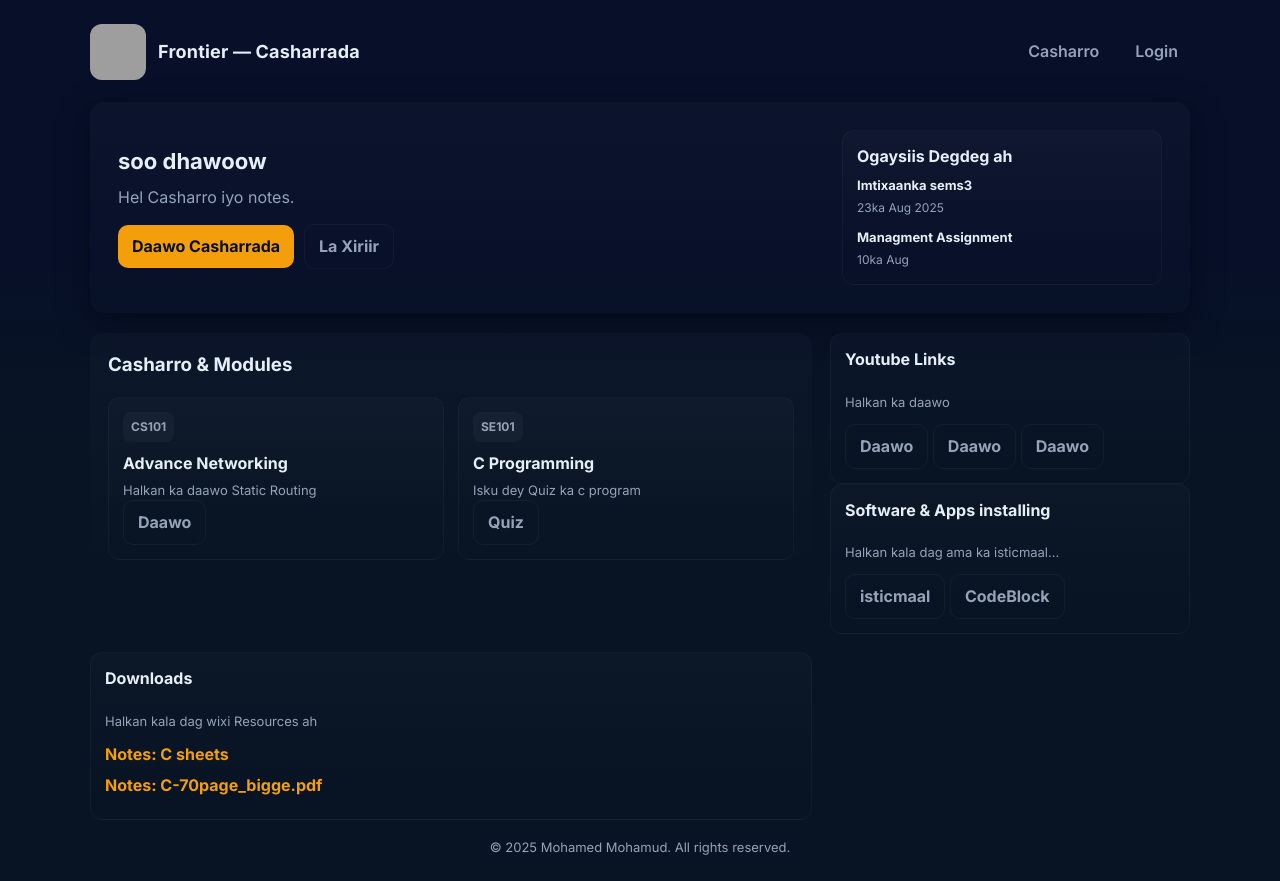
Repository: mrfiiqane/Al-Tacaawun.com
Page: index.html
These files come from the project's save history. The page is drawn as it stood at one moment and after the next save; the edit follows.
The browser window is 1280 px wide. The pictures show the whole page.
Pictures or frames that could not be fetched are drawn as grey boxes.

Above is the page before, as saved 2025-08-12 08:50:02.

After the next save:
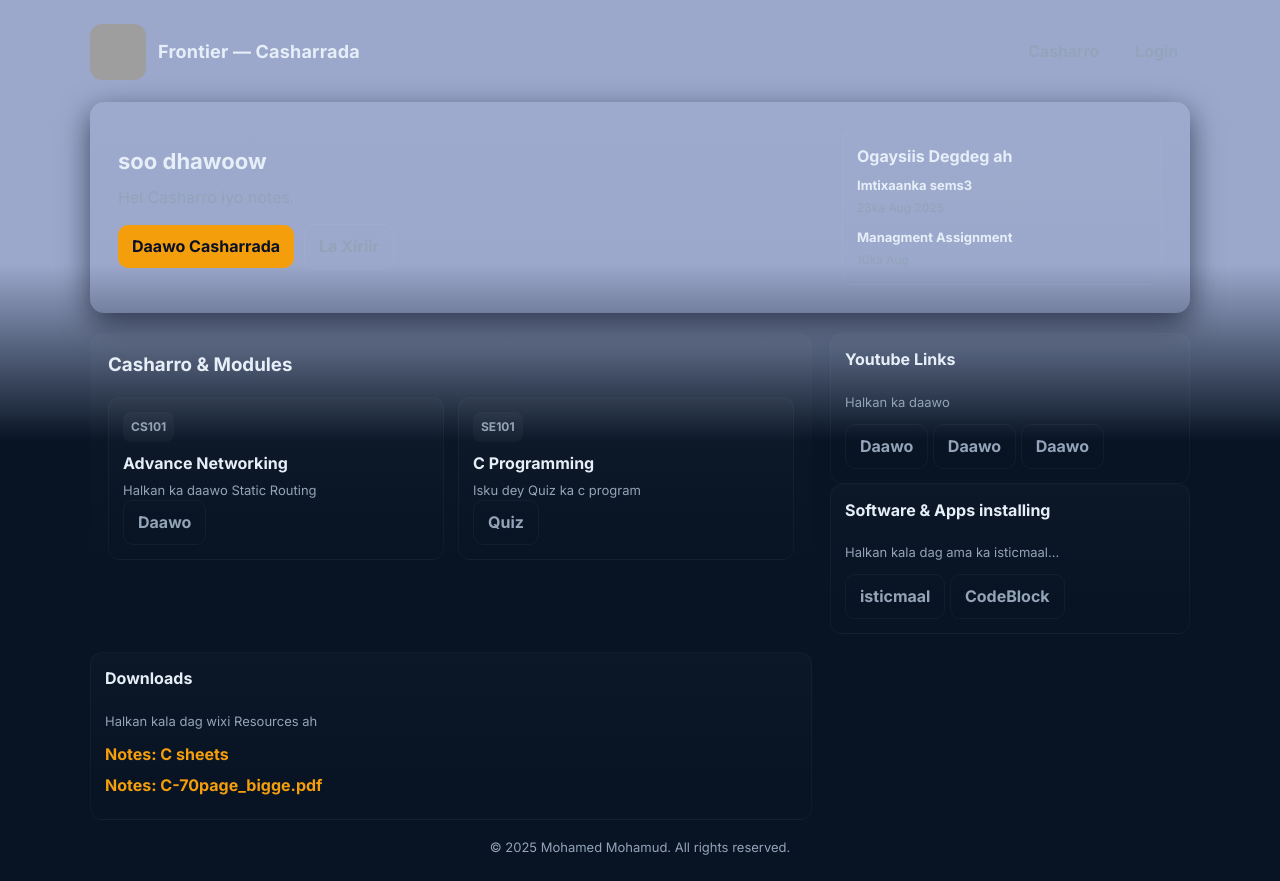
Saved 28 s later.
--- a/style.css
+++ b/style.css
@@ -15,7 +15,7 @@
     }
     body{
       margin:0;
-      background: linear-gradient(180deg,#071028 30%, #081424 50%);
+      background: linear-gradient(180deg,#9ba8cc 30%, #081424 50%);
       color:#e6eef8;
       -webkit-font-smoothing:antialiased;
       -moz-osx-font-smoothing:grayscale;

After the save that followed:
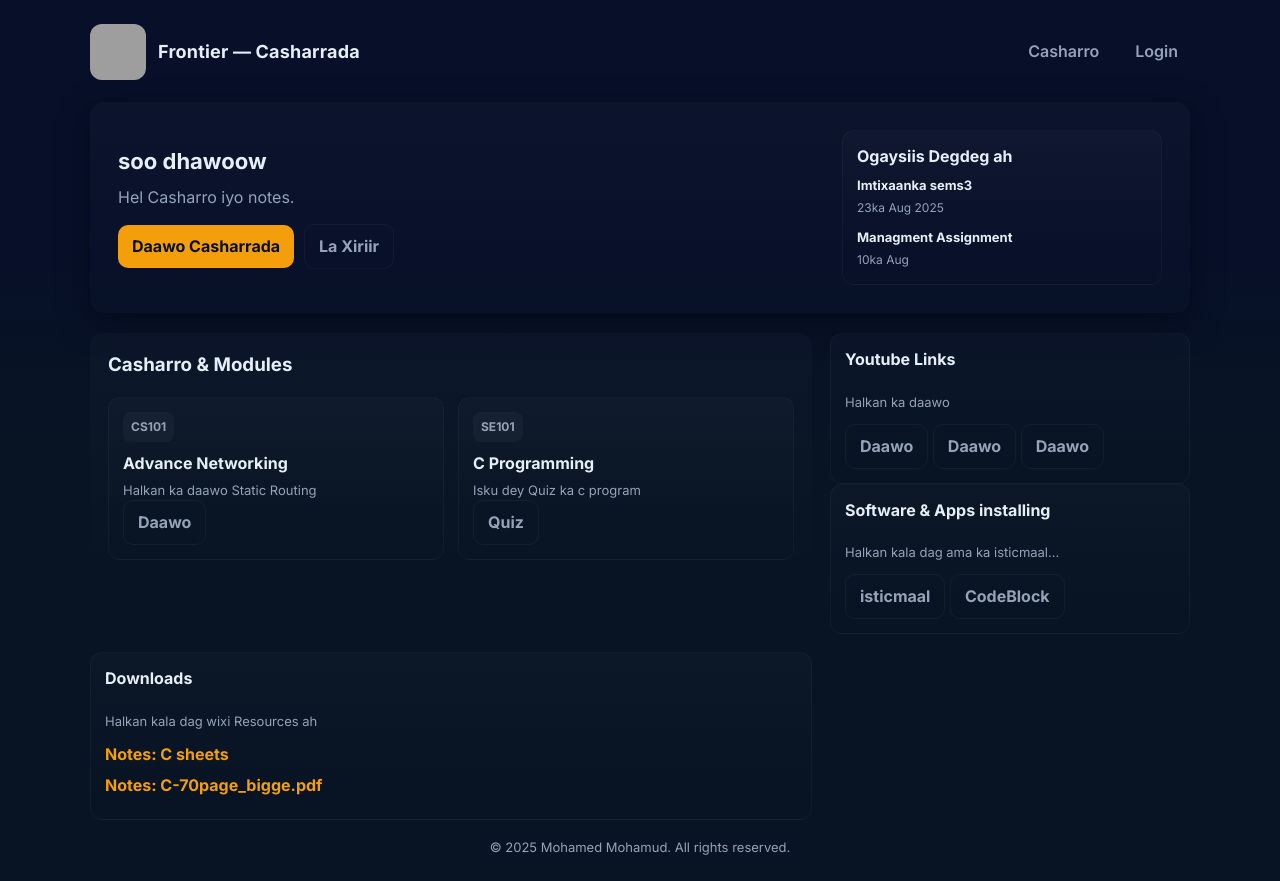
Saved 9 s later.
--- a/style.css
+++ b/style.css
@@ -15,7 +15,7 @@
     }
     body{
       margin:0;
-      background: linear-gradient(180deg,#9ba8cc 30%, #081424 50%);
+      background: linear-gradient(180deg,#071028 30%, #081424 50%);
       color:#e6eef8;
       -webkit-font-smoothing:antialiased;
       -moz-osx-font-smoothing:grayscale;
